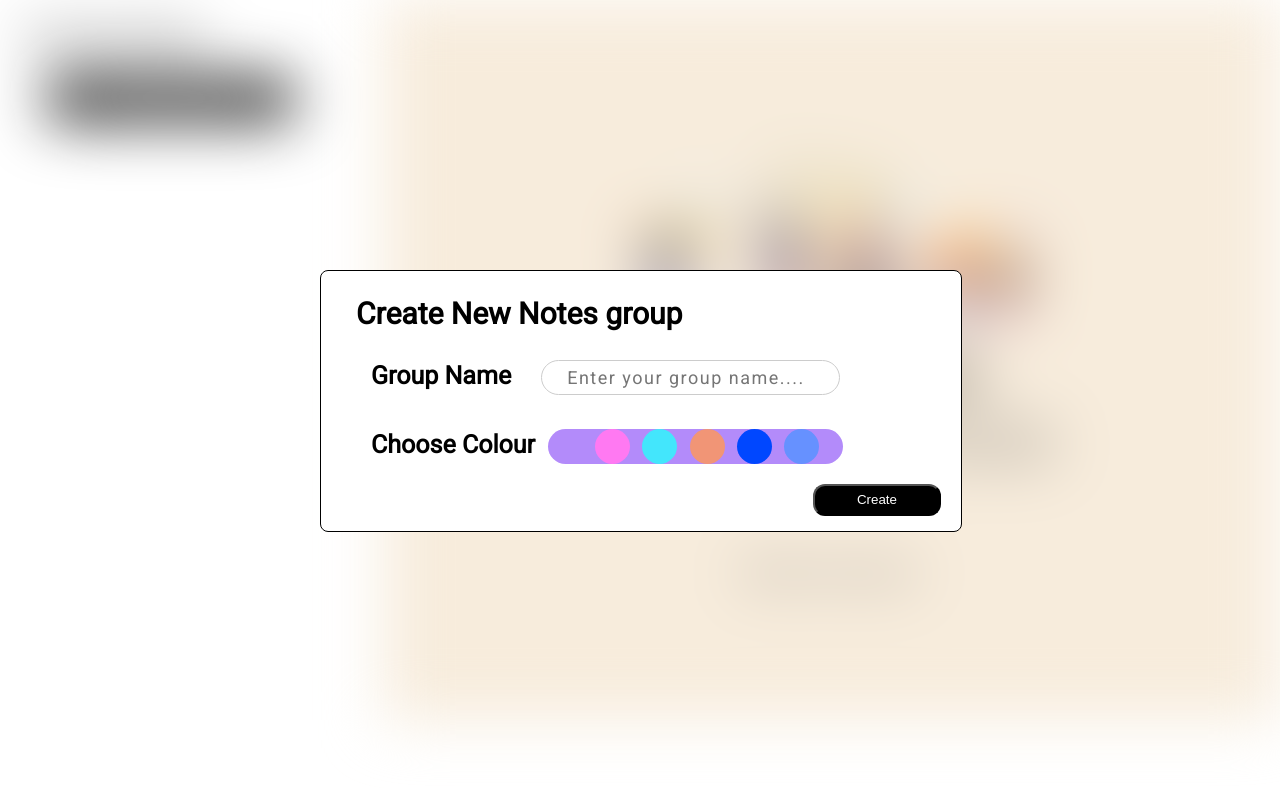
Repository: aparna129/NotesApp
Page: /, after clicking the first element matching `button.btn`
The author's editor kept a copy of each file at every save. The page is drawn from the files as they stood at one save, then again after the next save.
The browser window is 1280 px wide. The pictures show the whole page.
The project was rebuilt for these pictures with package versions that can differ from the ones it lists, and the page was loaded fresh each time.

Above is the page before, as saved 2023-11-08 22:13:22.

After the next save:
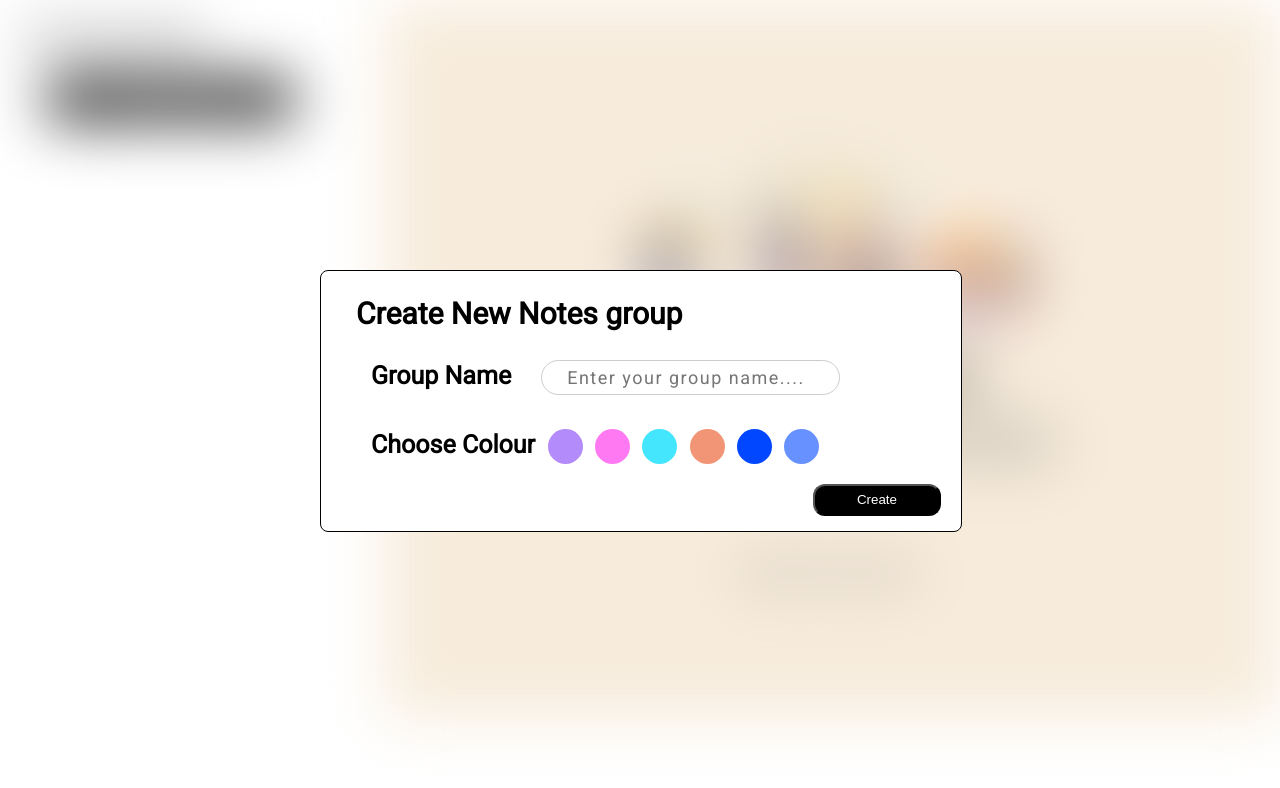
Saved 5 s later.
--- a/src/Notes.css
+++ b/src/Notes.css
@@ -118,7 +118,7 @@
 }
 .circle1 {
   height: 35px;
-  width: 50%;
+  width: 35px;
   border-radius: 100px;
   background-color: #b38bfa;
   margin-left: 30%;
